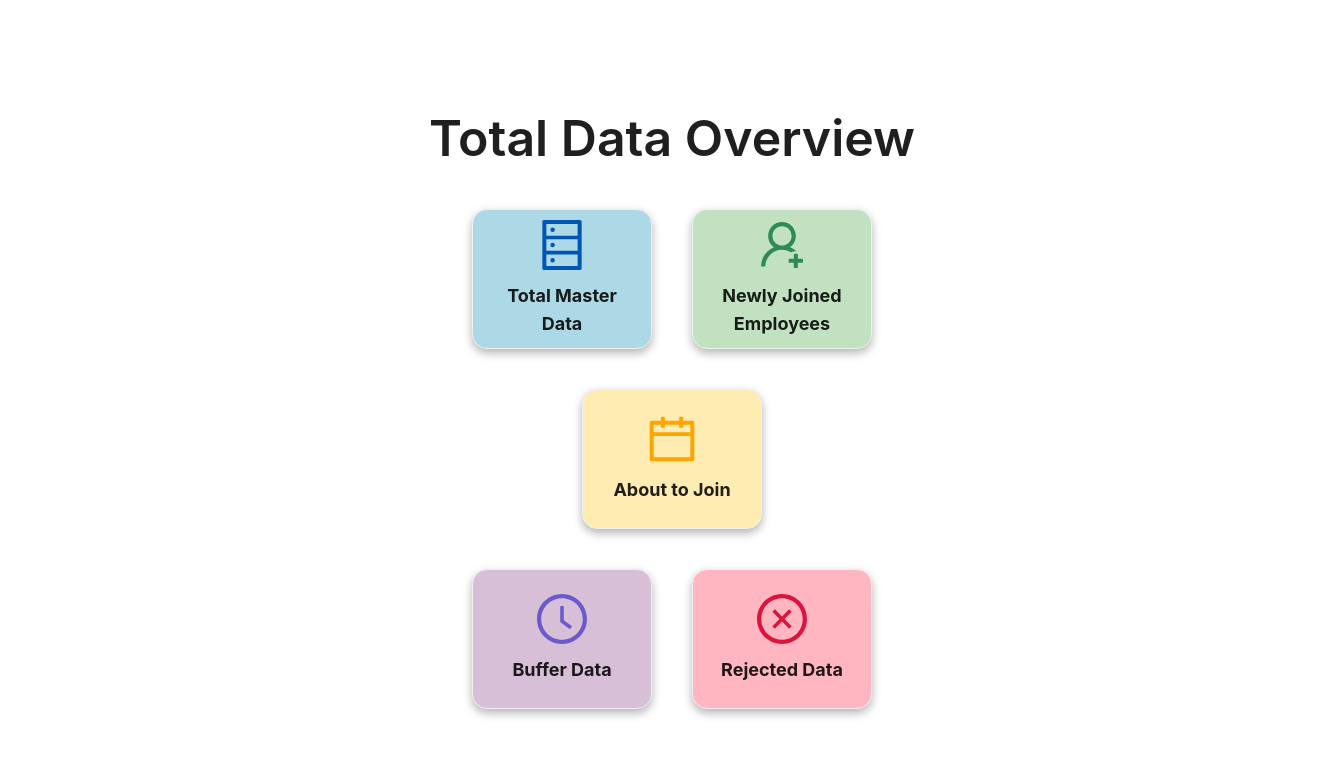
Repository: Moqueed/Delta_Iot
Page: /total-data (app in client/)
These files come from the project's save history. The page is drawn as it stood at one moment and after the next save; the edit follows.
The browser window is 1280 px wide. The page is 1344 px wide, so the pictures cover 1344 px, including what lies to the right of the window. The pictures show the whole page.
The project was rebuilt for these pictures with package versions that can differ from the ones it lists, and the page was loaded fresh each time. Also part of the build but not shown: client/vite.config.js, client/src/api/index.js, client/src/api/users.js, client/src/pages/Register/index.jsx, client/src/pages/Login/index.jsx, client/src/components/ProtectedRoute.jsx, client/src/pages/HR/HRDashboard.jsx, client/src/pages/Admin/AdminDashboard.jsx.

Above is the page before, as saved 2025-03-13 23:13:40.

### client/src/App.jsx
import { Route, Routes } from "react-router-dom";
import "./App.css";
import RegisterPage from "./pages/Register";
import LoginPage from "./pages/Login";
import ProtectedRoute from "./components/ProtectedRoute";
import HRDashboard from "./pages/HR/HRDashboard";
import AdminDashboard from "./pages/Admin/AdminDashboard";
import TotalDataPage from "./pages/HR/TotalDataPage";

function App() {
  return (
    <>
      <Routes>
        <Route path="/register" element={<RegisterPage />} />
        <Route path="/login" element={<LoginPage />} />
        <Route
          path="/hr-dashboard"
          element={
            <ProtectedRoute role="HR">
              <HRDashboard />
            </ProtectedRoute>
          }
        />
        <Route
          path="/admin-dashboard"
          element={
            <ProtectedRoute role="Admin">
              <AdminDashboard />
            </ProtectedRoute>
          }
        />
        <Route path="*" element={<LoginPage />} />
        <Route path="/total-data" element={<TotalDataPage/>}/>
      </Routes>
    </>
  );
}

export default App;

### client/src/pages/HR/TotalDataPage.jsx
import React from "react";
import { Card, Typography } from "antd";
import { DatabaseOutlined, UserAddOutlined, CalendarOutlined, ClockCircleOutlined, CloseCircleOutlined } from "@ant-design/icons";

const { Title } = Typography;

const TotalDataPage = () => {
  const sections = [
    { title: "Total Master Data", color: "#ADD8E6", icon: <DatabaseOutlined style={{ fontSize: "50px", color: "#0056b3" }} /> },
    { title: "Newly Joined Employees", color: "#C1E1C1", icon: <UserAddOutlined style={{ fontSize: "50px", color: "#2E8B57" }} /> },
    { title: "About to Join", color: "#FFECB3", icon: <CalendarOutlined style={{ fontSize: "50px", color: "#FFA500" }} /> },
    { title: "Buffer Data", color: "#D8BFD8", icon: <ClockCircleOutlined style={{ fontSize: "50px", color: "#6A5ACD" }} /> },
    { title: "Rejected Data", color: "#FFB6C1", icon: <CloseCircleOutlined style={{ fontSize: "50px", color: "#DC143C" }} /> },
  ];

  const cardStyle = {
    width: "180px",
    height: "140px",
    display: "flex",
    flexDirection: "column",
    alignItems: "center",
    justifyContent: "center",
    borderRadius: "15px",
    boxShadow: "0 4px 10px rgba(0, 0, 0, 0.3)",
    fontWeight: "bold",
    fontSize: "18px",
    cursor: "pointer",
    transition: "transform 0.3s ease, box-shadow 0.3s ease",
  };

  const handleHover = (e) => {
    e.currentTarget.style.transform = "scale(1.1)";
    e.currentTarget.style.boxShadow = "0 8px 20px rgba(0, 0, 0, 0.5)";
  };

  const handleLeave = (e) => {
    e.currentTarget.style.transform = "scale(1)";
    e.currentTarget.style.boxShadow = "0 4px 10px rgba(0, 0, 0, 0.3)";
  };

  return (
    <div
      style={{
        height: "100vh",
        width: "100vw",
        display: "flex",
        flexDirection: "column",
        alignItems: "center",
        justifyContent: "center",
        backgroundColor: "#ffffff",
        gap: "20px",
        overflow: "hidden",
      }}
    >
      <Title level={1} style={{ marginBottom: "20px", fontSize: "50px" }}>
        Total Data Overview
      </Title>

      <div style={{
        display: "grid",
        gridTemplateColumns: "1fr 1fr",
        gridTemplateRows: "1fr 1fr 1fr",
        gap: "40px",
        justifyItems: "center",
        alignItems: "center"
      }}>
        <Card
          style={{ ...cardStyle, backgroundColor: sections[0].color }}
          onMouseEnter={handleHover}
          onMouseLeave={handleLeave}
        >
          {sections[0].icon}
          <div style={{ marginTop: "10px" }}>{sections[0].title}</div>
        </Card>
        <Card
          style={{ ...cardStyle, backgroundColor: sections[1].color }}
          onMouseEnter={handleHover}
          onMouseLeave={handleLeave}
        >
          {sections[1].icon}
          <div style={{ marginTop: "10px" }}>{sections[1].title}</div>
        </Card>
        <Card
          style={{ ...cardStyle, backgroundColor: sections[2].color, gridColumn: "1 / 3" }}
          onMouseEnter={handleHover}
          onMouseLeave={handleLeave}
        >
          {sections[2].icon}
          <div style={{ marginTop: "10px" }}>{sections[2].title}</div>
        </Card>
        <Card
          style={{ ...cardStyle, backgroundColor: sections[3].color }}
          onMouseEnter={handleHover}
          onMouseLeave={handleLeave}
        >
          {sections[3].icon}
          <div style={{ marginTop: "10px" }}>{sections[3].title}</div>
        </Card>
        <Card
          style={{ ...cardStyle, backgroundColor: sections[4].color }}
          onMouseEnter={handleHover}
          onMouseLeave={handleLeave}
        >
          {sections[4].icon}
          <div style={{ marginTop: "10px" }}>{sections[4].title}</div>
        </Card>
      </div>
    </div>
  );
};

export default TotalDataPage;

Loaded but not shown: client/index.html (common file); client/src/main.jsx (common file); client/src/index.css (common file); client/src/App.css (common file)

After the next save:
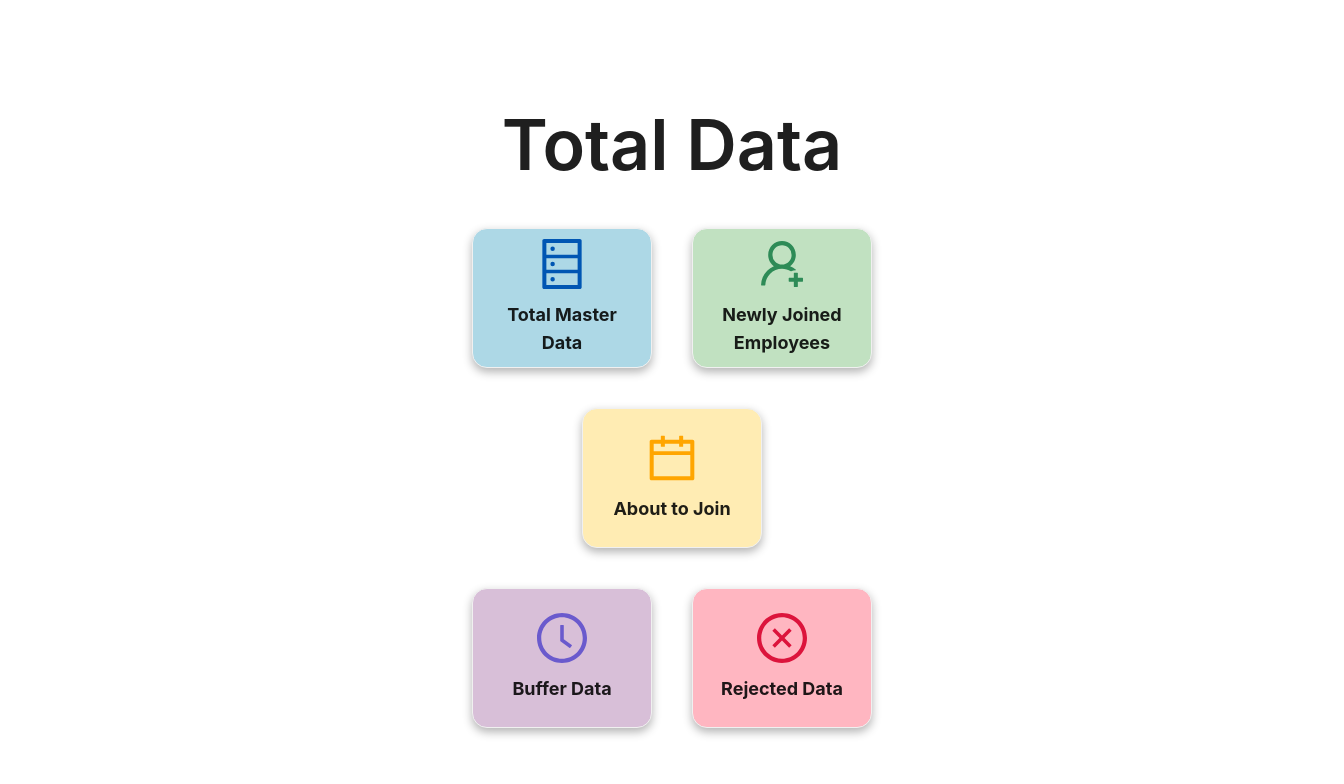
Saved 29 s later.
--- a/client/src/pages/HR/TotalDataPage.jsx
+++ b/client/src/pages/HR/TotalDataPage.jsx
@@ -52,8 +52,8 @@ const TotalDataPage = () => {
         overflow: "hidden",
       }}
     >
-      <Title level={1} style={{ marginBottom: "20px", fontSize: "50px" }}>
-        Total Data Overview
+      <Title level={1} style={{ marginBottom: "20px", fontSize: "70px" }}>
+        Total Data
       </Title>
 
       <div style={{
